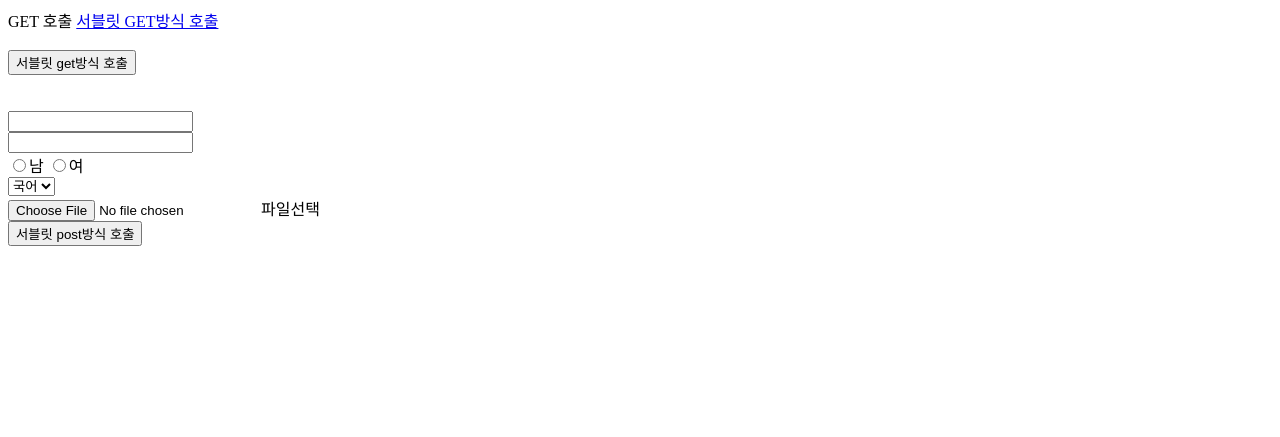
Repository: Won-Hyuk-Lee/kosta_java
Page: http://localhost/web_prj/Practice_Servlet_Call.jsp
The author's editor kept a copy of each file at every save. The page is drawn from the files as they stood at one save, then again after the next save.
The browser window is 1280 px wide. The pictures show the whole page.
The page is served by Tomcat 9. Nobody is signed in. The application's start-up code is not run. Other server files are loaded and not shown.

Above is the page before, as saved 2024-05-21 07:40:06.

### web_prj/src/main/webapp/Practice_Servlet_Call.jsp
<%@ page language="java" contentType="text/html; charset=UTF-8"
    pageEncoding="UTF-8"%>
<!DOCTYPE html>
<html>
<head>
<meta charset="UTF-8">
<title>Insert title here</title>
</head>
<body>
GET 호출
<!-- <a href="http://localhost:8081/board_servlet_url">서블릿 GET방식 호출</a>  -->
<a href="/board_servlet_url">서블릿 GET방식 호출</a><br><br>

<form method="get" action="/board_servlet_url">
	<input type = "submit" value = "서블릿 get방식 호출">
</form><br><br>

<form method="post" action="/board_servlet_url">
	<input name = "userid" type = "text"><br>
	<input name = "userpwd" type = "password"><br>
	<input name = "gender" type = "radio" value = 'm'>남
	<input name = "gender" type = "radio" value = 'f'>여<br>
	<select name = "subject">
		<option value = "korean">국어</option>
		<option value = "english">영어</option>
		<option value = "math">수학</option>
	</select><br>

	<input type = "file" name = "userfile">파일선택<br>






	<input type = "submit" value = "서블릿 post방식 호출">
</form><br><br>
</body>
</html>

After the next save:
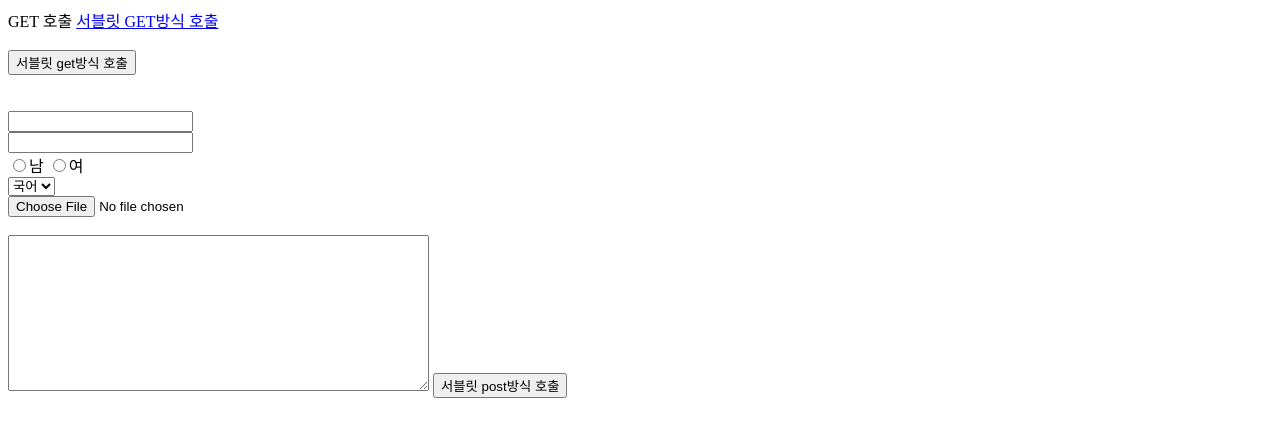
Saved 4 min 17 s later.
--- a/web_prj/src/main/webapp/Practice_Servlet_Call.jsp
+++ b/web_prj/src/main/webapp/Practice_Servlet_Call.jsp
@@ -26,12 +26,11 @@ GET 호출
 		<option value = "math">수학</option>
 	</select><br>
 
-	<input type = "file" name = "userfile">파일선택<br>
+	<input type = "file" name = "userfile"><br>
 
+	<input type = "hidden" name = "secret" value = "12345"><br>
 
-
-
-
+	<textarea name = "contents" rows="10" cols="50"></textarea>
 
 	<input type = "submit" value = "서블릿 post방식 호출">
 </form><br><br>
